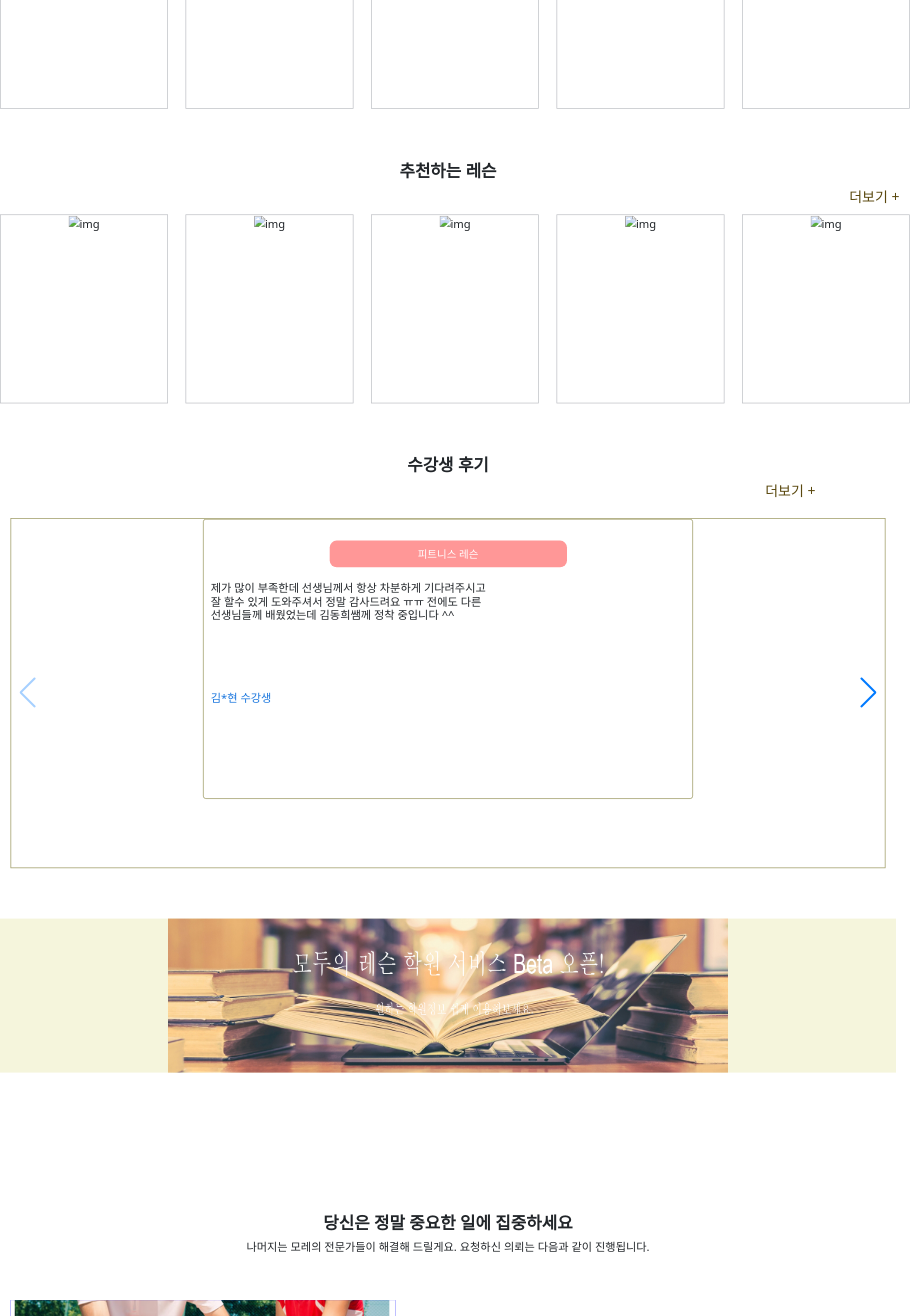
Repository: isssson/MVC2_more
Page: http://localhost/more/WEB-INF/views/index.jsp
An editor plug-in stored every save of this project. The page is shown before and after the next save, followed by the edit.
The browser window is 1280 px wide. The page is 1300 px wide, so the pictures cover 1300 px, including what lies to the right of the window. The pictures show the part of the page from y = 966 to 2846 px (the page is 5301 px tall), at 70% of full size.
Some web libraries are served in a nearby version. The page is served by Tomcat 9. Nobody is signed in. Other server files are loaded and not shown. The template is opened directly, without the code that normally fills it, so the values that code supplies are empty.

Above is the page before, as saved 2021-12-08 16:20:05.

### more/src/main/webapp/WEB-INF/views/index.jsp
<%@ page language="java" contentType="text/html; charset=UTF-8"
    pageEncoding="UTF-8"%>
<%@ taglib uri="http://java.sun.com/jsp/jstl/core" prefix="c" %>
<!DOCTYPE html>
<html>
<head>
<meta charset="UTF-8">
<meta http-equiv="X-UA-Compatible" content="IE=edge">
    <meta name="viewport" content="width=device-width, initial-scale=1.0">
    <link rel="shortcut icon" type="image/x-icon" href="resources/img/more_icon.jpg">
    <link rel="canonical" href="https://getbootstrap.com/docs/5.1/examples/headers/">
    <link rel="stylesheet" href="resources/css/bootstrap.min.css">
    <script src="https://unpkg.com/swiper/swiper-bundle.min.js"></script>
    <link rel="stylesheet" href="https://unpkg.com/swiper/swiper-bundle.min.css"/>
    <link rel="stylesheet" type="text/css" href="resources/css/index.css?after">
    <title>모레</title>
</head>
<body>
<%@ include file="/WEB-INF/views/header.jsp" %>
<!--section-->
    <div class="mainContainer">
      <div class="mainFluid">
        <div class="mainText">
          <h1>나에게 딱 맞는 레슨·과외<br>선생님을 만나보세요</h1>
          <p>1분 요청서 작성 후 선생님들의 제안을 받아보세요</p>
          <br>
          <div id="mainSearchBox">
            <div class="icon"></div>
            <input type="text" name="search" placeholder="서비스를 찾아보세요" class="text">
          </div>
        </div>
        <div class="mainImg">
          <img src="resources/img/index_phone.png" alt="mainImg">
        </div>
      </div>
    </div>
    <div id="category">
        <span><a href="request.do?cate1=외국어">외국어</a></span>
        <span><a href="request.do?cate1=스포츠-댄스">스포츠-댄스</a></span>
        <span><a href="request.do?cate1=음악">음악</a></span>
        <span><a href="request.do?cate1=예술-요리">예술-요리</a></span>
        <span><a href="request.do?cate1=실무교육">실무교육</a></span>
        <span><a href="request.do?cate1=교과목">교과목</a></span>
    </div>
    <br>
    <div class="subjectContainer">
      <h3 style="font-weight: bold">인기있는 레슨</h3>
      <div style="width: 1170px;"><a href="lessonList.do">더보기 +</a></div>
    </div>
     <div class="listContainer">
      <c:forEach var="i" begin="0" end="4">
          <div class="listItem" onclick="location.href='requestWrite.do?cate1=${a_cate[i]}&cate2=${a_name[i]}&pic=${a_pic[i]}'">
                   <div class="img">
                        <img alt="img" src="${a_pic[i]}">
                        <div class="hidden">요청하기</div>
                    </div>
                   <div class="name">${a_name[i]}</div>
            </div>
         </c:forEach>
    </div>
    <br>
    <div class="subjectContainer">
      <h3 style="font-weight: bold">추천하는 레슨</h3>
      <div style="width: 1170px;"><a href="lessonList.do">더보기 +</a></div>
    </div>
     <div class="listContainer">
      <c:forEach var="i" begin="0" end="4">
          <div class="listItem" onclick="location.href='requestWrite.do?cate1=${b_cate[i]}&cate2=${b_name[i]}&pic=${b_pic[i]}'">
                   <div class="img">
                        <img alt="img" src="${b_pic[i]}">
                        <div class="hidden">요청하기</div>
                    </div>
                   <div class="name">${b_name[i]}</div>
            </div>
         </c:forEach>
    </div>
  <br>
  <div class="subjectContainer">
    <h3 style="font-weight: bold">수강생 후기</h3>
    <div><a href="reviewList.do">더보기 +</a></div>
  </div>
  <br>
<!-- Swiper -->
    <div class="swiper mySwiper" id="swiper-play">
      <div class="swiper-wrapper">
        <div class="swiper-slide">
            <div class="req-partner-contents">
              <h3 class="req-service-name">기타 레슨</h3>
                <h6 class="review-detail-text">
                모르는 부분이 있으면 이해가 될때까지설명해주시고 안되는<br>
                부분이 있으면 그 부분을 할 수 있을때까지 친절하게<br>
                기다려주시고 도와주셔서 기타레슨 배우는게 너무 좋아용❤️❤️
                <div style="padding-top: 100px; color: #1976de;">고*한 수강생</div>
                </h6>
            </div>
        </div>
        <div class="swiper-slide">
            <div class="req-partner-contents">
              <h3 class="req-service-name">피트니스 레슨</h3>
                <h6 class="review-detail-text">
               제가 많이 부족한데 선생님께서 항상 차분하게 기다려주시고<br>
               잘 할수 있게 도와주셔서 정말 감사드려요 ㅠㅠ 전에도 다른<br>
               선생님들께 배웠었는데 김동희쌤께 정착 중입니다 ^^
                <div style="padding-top: 100px; color: #1976de;">김*현 수강생</div>
                </h6>
            </div>
        </div>
        <div class="swiper-slide">
            <div class="req-partner-contents">
              <h3 class="req-service-name">영어 레슨</h3>
                <h6 class="review-detail-text">
               과제도 많이 내주시고 공부했냐고 맨날 확인하고 잊을만 하면<br>
               제가 뭘 하고 있는지 체크하시고 진짜 귀찮게 하세요...<br>
               혼자 공부하기 힘든 분들은 꼭 수업들으세요. 맨날 맨날 공부<br>
               하고 있는 자신을 발견하게 될 겂니다...
                <div style="padding-top: 80px; color: #1976de;">김*준 수강생</div>
                </h6>
            </div>
        </div>
        <div class="swiper-slide">
            <div class="req-partner-contents">
              <h3 class="req-service-name">바이올린 레슨</h3>
                <h6 class="review-detail-text">
               일정도 저한테 맞춰주시고 좋은 악기도 직접 골라주셨습니다.<br>
               사근사근 친절하게 잘 가르쳐주세요~
                <div style="padding-top: 120px; color: #1976de;">이*민 수강생</div>
                </h6>
            </div>
        </div>
        <div class="swiper-slide">
            <div class="req-partner-contents">
              <h3 class="req-service-name">중국어 레슨</h3>
                <h6 class="review-detail-text">
               두번이나 포기한 중국어를 다시 시작하게 해주셨어요!<br>
               레벨에 맞게 꼼꼼히 설명해주시고 내용도 알차고<br>
               일정도 항상 잘 지켜주셔서 너무 감사드립니다 ㅎㅎ
                <div style="padding-top: 100px; color: #1976de;">권*윤 수강생</div>
                </h6>
            </div>
        </div>
      </div>
        <div class="swiper-button-next"></div>
        <div class="swiper-button-prev"></div>
    </div>
    <br>
    <br>
    <br>
    <div id="banner">
      <img src="resources/img/index_banner1.jpg" alt="배너">
    </div>
    <div id="introSubject">
      <h3 style="margin-top: 200px;font-weight: bold;">당신은 정말 중요한 일에 집중하세요</h3>
      <p>나머지는 모레의 전문가들이 해결해 드릴게요. 요청하신 의뢰는 다음과 같이 진행됩니다.</p>
    </div>
    <br>
    <br>
<!--manual-->
    <div id="manualContainer">
      <div class="manualItem1">
        <div class="manualImg">
          <img src="resources/img/1.PNG">
        </div>
        <div class="manualText">
          <h3>1단계 : 요청하기</h3>
          <p>
            전문가에게 뭘 어떻게 이야기 해야할지 모르시겠다구요?<br>
            걱정마세요. 모레에서 미리 준비한 쉬운 요청서 폼에<br>
            맞추어 의뢰에 필요한 내용들을 작성해주세요.
          </p>
        </div>
      </div>
      <div class="manualItem2" style="margin-top: 50px; margin-bottom: 50px; background-color:#ff979726;">
        <div class="manualImg">
          <img src="resources/img/2.PNG">
        </div>
        <div class="manualText">
          <h3>2단계 : 제안서 받기</h3>
          <p>
            작성된 요청서는 모레에 등록된 전문가들에게<br>
            전달됩니다. 곧 전문가들의 제안서들이 도착할거에요.<br>
          </p>
        </div>
      </div>
      <div class="manualItem1">
        <div class="manualImg">
          <img src="resources/img/3.PNG">
        </div>
        <div class="manualText">
          <h3>3단계 : 선택하기</h3>
          <p>
            요청에
            적합한 전문가를 선택하세요.
          </p>
        </div>
      </div>
    </div>
    <br>
    <br>
    <br>
<!--     <div id="banner">
      <img src="resources/img/index_banner1.jpg" alt="배너">
    </div> -->

<!--expert-->
    <h3 style="margin: 0px; font-weight: bold;" >모레엔 어떤 전문가들이 있을까요?</h3>
    <p>각 분야에서 전문성을 가진 다양한 전문가들이 여러분들을 기다리고 있습니다.</p>
    <br>
    <div id="expertContainer">
      <div class="expertItem">
        <h3>포토샵, 일러스트<br>쉽게 알려드려요</h3>
        <hr>
        <p>
          저는 다양한 분들과 디자인 작업을 할때 즐거워요. 현재 프리랜서로 다양한 국내외 기업,
          창업자분들과 함께 다양한 디자인 작업을 하고 있습니다. 미국에서는 Esquire Magazine과 Carnegie Hall 등에서 일을 했었구요,
          여러 직업들을 통해 쌓은 경험을 바탕으로 디자이너의 손길이 필요한 곳에 도움을 드리고 싶습니다.
        </p>
        <br>
        <hr>
        <div class="profileBox">
          <div class="profilePic">
          <img src="resources/img/7.png" alt="expertProfile">
          <p class="name">최*경</p>
          </div>
          <div class="spec">
            <ul style="padding-left: 1rem">
              <li>UI/UX 디자인·</li>
              <li>편집디자인·패키지 디자인</li>
              <li>- 뉴욕 프랫대학원</li>
              <li>- 4년차 프리랜서 디자이너</li>
            </ul>
          </div>
        </div>
      </div>
      <div class="expertItem">
        <h3>더 많은 분들을 만날 수<br>있기를 기대하고 있어요</h3>
        <hr>
        <p>
          어렸을 때부터 피아노를 시작해서, 현재는 실용음악과 작곡전공으로 가요와, 피아노를 함께 하고 있습니다.
          그동안 종종 레슨을 해왔는데 앞으로도 반주나 곡을 쓰는데 어려움이 있으신 분들과 함께하고 싶습니다.
          밴드나 교회, 결혼식 이벤트를 위해, 또는 그냥 취미로 피아노/작곡을 배우고 싶으신 분들 모두 환영합니다!
        </p>
        <br>
        <hr>
        <div class="profileBox">
          <div class="profilePic">
          <img src="resources/img/8.png" alt="expertProfile">
          <p class="name">이*정</p>
          </div>
          <div class="spec">
            <ul style="padding-left: 1rem">
              <li>뉴에이지·가요·CCM반주</li>
              <li>- 동덕여대실용음악과</li>
              <li>- 공연경험 다수, 레슨 3년차</li>
            </ul>
          </div>
        </div>
      </div>
      <div class="expertItem">
        <h3>영어 과외는<br>저에게 맡겨주세요</h3>
        <hr>
        <p>
          어렸을 때부터 영어에 친숙한 환경에서 자라왔어요.
          외고를 다녔고 대학에서도 대부분의 강의를 영어로 들어서 한국에서도 영어로 생활을 한 시간이 많았구요.
          짧지 않은 기간 해외에 거주하기도 했습니다.
          이러한 배경을 가지고 현재는 다양한 분야에서 영어가 필요한 경우에 도움을 드리고 있어요.
        </p>
        <br>
        <br>
        <hr>
        <div class="profileBox">
          <div class="profilePic">
          <img src="resources/img/6.png" alt="expertProfile">
          <p class="name">한*이</p>
          </div>
          <div class="spec">
            <ul style="padding-left: 1rem">
              <li>한영·영한번역/영어레슨</li>
              <li>- 대원외고 졸업</li>
              <li>- 고려대 경영 재학</li>
              <li>- 프리랜서 3년차</li>
            </ul>
          </div>
        </div>
      </div>
    </div>
<!--footer-->
<!--javaScript-->
      <script>
           var swiper = new Swiper(".mySwiper", {
             navigation: {
               nextEl: ".swiper-button-next",
               prevEl: ".swiper-button-prev",
             },
           });
           var Swiper = new Swiper('#swiper-play',
            { autoplay: { delay: 2000, }, });

      </script>

<%@ include file="/WEB-INF/views/footer.jsp" %>
</body>
</html>

### more/src/main/webapp/WEB-INF/views/footer.jsp
<%@ page language="java" contentType="text/html; charset=UTF-8"
    pageEncoding="UTF-8"%>
<link href="resources/css/footer.css" rel="stylesheet">
<div class="container-fluid">
  <footer class="py-3 my-4">
    <ul class="nav justify-content-center border-bottom pb-3 mb-3">
      <li class="nav-item"><a href="#" class="nav-link px-2 text-muted">Home</a></li>
      <li class="nav-item"><a href="#" class="nav-link px-2 text-muted">Features</a></li>
      <li class="nav-item"><a href="#" class="nav-link px-2 text-muted">Pricing</a></li>
      <li class="nav-item"><a href="#" class="nav-link px-2 text-muted">FAQs</a></li>
      <li class="nav-item"><a href="#" class="nav-link px-2 text-muted">About</a></li>
    </ul>
    <p class="text-center text-muted">&copy; 2021 Company, Inc</p>
  </footer>
</div>

<div class="b-example-divider"></div>

### more/src/main/webapp/resources/css/index.css
@charset "UTF-8";
body{
    margin:0;
}
h3{
    margin-top: 80px;
    text-align: center;
    font-size: 24px;
}
p{
    text-align: center;
}
a{
    text-decoration:none;
    color:rgb(26, 25, 25);
}
a:hover{
    color:rgb(26, 25, 25);
}
li{
    list-style: none;
}
/* -------------------------header------------------------- */


/* -------------------------main------------------------- */
.mainContainer{
    /* background-color: #f7d25b !important;
    background-image: linear-gradient(
120deg, rgb(255, 196, 0), #f7be23, #d39000fa) !important;
    background-image: -moz- linear-gradient(120deg, #f5f38a, #f7d25b, #f1d118fa) !important;
    background-image: -webkit- linear-gradient(120deg, #f5f38a, #f7d25b, #f1d118fa) !important;
    background-repeat: no-repeat;
    background-position: bottom right; */
    /* background-image: url(sand.jpg);
    object-fit: cover; */
    background-color:#ff9797;
    height: 540px;
    width: 100%;
}
.mainContainer .mainFluid{
    width: 100%;
    height: 540px;
    padding-right: 15px;
    padding-left: 15px;
    margin-right: auto;
    margin-left: auto;
}
.mainText{
    position: relative;
    margin-right: 24px;
    width: 550px;
    height: 80%;
    left:15%;
    top:17%;
    float: left;
}
.mainText h1{
    margin: 24px 16px 8px 0;
    font-size: 42px;
    font-weight: bold;
    font-style: normal;
    font-stretch: normal;
    line-height: normal;
    letter-spacing: normal;
    color: #ffffff;
}
.mainText p{
    margin-bottom: 40px;
    font-size: 20px;
    font-weight: 300;
    text-align: left;
    color: #ffffff;
}
.mainImg{
    position: relative;
    float: right;
    top:8.4%;
    right: 16.5%;
    width: 390px;
    height: 540px;
}
.mainImg img{
    width: 390px;
    height: 540px;
    object-fit: none;
}
#mainSearchBox{
    display: flex;
    box-shadow: 2px 4px rgb(0 0 0 / 10%);
    width: 440px;
    height: 48px;
    background-color: white;
}
#mainSearchBox .icon{
    width: 48px;
    height: 48px;
    background: url(/more/resources/img/more_icon.jpg);
    background-color: #fff;
    border-top-left-radius: 4px;
    border-bottom-left-radius: 4px;
    background-position: center;
}
#mainSearchBox .text{
    padding: 0 16px;
    height: 48px;
    width: 100%;
    border: none;
    font-size: 16px;
    border-top-right-radius: 4px;
    border-bottom-right-radius: 4px;
    border-top-left-radius: 0px;
    border-bottom-left-radius: 0px;
}
/* -------------------------category------------------------- */
#category{
    background-color:white;
    text-align: center;
    margin: 0px auto;
    border-bottom: 1px solid #e2e2e2;
    width: 1240px;
    height: 60px;
    clear: right;
}
#category span{
    display: inline-block;
    width: 120px;
    text-align: center;
    line-height: 58px;
    font-size: 18px;
}
#category span:hover{
    background-color: #f5f38a98;

}
/* -------------------------lessonList------------------------- */
.subjectContainer{
    margin: 0px auto;
    width: 1050px;
}
.subjectContainer div{
    text-align: right;
    font-size: 20px;
}
.subjectContainer a{
    color:rgb(90, 72, 14);
}
.listContainer{
    margin:10px auto;
    text-align: center;
    width: 1300px;
    height:230px;
    display: flex;
    justify-content: space-between;
}
.listContainer .listItem{
    cursor: pointer;
    width: 240px;
    height: 270px;
    border: 1px solid #bdbfc4;
}

.listContainer .listItem .img{
    width:100%;
    height:75%;
    position:relative;
    overflow: hidden;
}
.listContainer .listItem .name{
    width: 100%;
    height: 25%;
    text-align: center;
    line-height: 65px;
    font-size: 20px;
    letter-spacing: 2px;
    color: #786e6e;
    font-weight: bold;
}
.listContainer .listItem .img img{
    width:100%;
    height:100%;
    object-fit: cover;
}
.listContainer .listItem .img .hidden{
    display:none;
}
.listContainer .listItem .img:hover .hidden{
    display:block;
    position: absolute;
    border-radius: 10px;
    left:25%;
    bottom: 35%;
    border:2px solid white;
    padding: 10px;
    font-size:20px;
    color:white;
}
.listContainer .listItem .img:hover img{
    transform: scale(1.1);
    transition: transform 1s;
    filter: brightness(40%);
}

/* -------------------------reviewList------------------------- */
#swiper-play{
    width: 1250px;
    height: 500px;
    border:1px solid rgba(102, 96, 11, 0.671);
}

.req-partner-contents{
    width:700px;
    height:400px;
    margin: 0px auto;
}
.req-partner-contents{
    border:1px solid rgba(102, 96, 11, 0.671);
    border-radius: 4px;
    padding: 10px;
}
.req-service-name{
	width: 50%;
    margin: 20px auto;
    border-radius: 10px;
    color: white;
    background-color: #ff9797;
    font-size: 15px;
    padding: 10px;
    text-align: center;
}

/* -------------------------banner------------------------- */
#banner{
    margin: 0px auto;
    text-align: center;
    height:220px;
    background-color: beige;
}
#banner img{
width: 800px;
height: 220px;
margin: 0px auto;
}

/* -------------------------manual------------------------- */
#manual{
    margin-top: 60px;
    height: 1500px;
}
#manualContainer .manualItem1, .manualItem2{
    height: 500px;
    padding-right: 15px;
    padding-left: 15px;
    margin:0px auto;
    display: flex;
    justify-content: center;
}
#manualContainer .manualItem2{
    background-color: beige;
}
.manualImg{
    float: left;
    right: 16.5%;
    width: 550px;
    height: 500px;
    background-color: blue;
}
.manualImg img{
    position: relative;
    width: 550px;
    height: 500px;
    object-fit: cover;
}
.manualText{
    position: relative;
    margin-right: 24px;
    width: 700px;
    height: 300px;
    top:15%;
    float: right;

}
.manualText h3{
    color: rgb(90, 72, 14);
    font-weight: 800;
    font-size: 24px;
    margin-bottom: 25px;
    text-align: left;
    margin-left: 20%;
}

.manualText p{
    color: #4d4d4d;
    line-height: 1.6;
    text-align: left;
    margin-left:20%;
}
/* -------------------------expert------------------------- */
#expertContainer{
    width:1300px;
    height:520px;
    margin: 0px auto;
    display: flex;
    justify-content: space-between;
}
#expertContainer .expertItem{
    vertical-align: top;
    width: 400px;
    height: 520px;
    background-color: #fff;
    border: 1px solid #3f3d2f77;
    margin: 0px 7px 50px 7px;
    padding: 0 30px;
}
.expertItem h3{
    margin-top:50px;
}
.profileBox{
    width:300px;
    height:100px;
    margin:20px auto;
}
.profileBox .profilePic{
    width:100px;
    height:100px;
}
.profilePic img{
    width:70px;
    height:70px;
    position: relative;
    left:20%;
    border-radius: 100%;
    object-fit: cover;
}
.profilePic .name{
    font-size: 18px;
    position: relative;
    top:5%;
    left:5px;
}
.profileBox .spec{
    width:200px;
    height:100px;
    position: relative;
    bottom: 90%;
    left:35%;
}

### more/src/main/webapp/resources/css/header.css
@charset "UTF-8";
a{
    text-decoration:none;
    color:rgb(26, 25, 25);
}
a:hover{
    color:rgb(26, 25, 25);
}
svg{
    color: #7e7878;
}
svg:hover{
    color: #424040;
    cursor: pointer;
}
#headerContainer{
    width:100%;
    height:70px;
    margin: 0 auto;
    display: flex;
    flex-direction: row;
    border-bottom:1px solid #dee2e6;
}
#headerContainer img{
    width: 200px;
    height: 65px;
    object-fit: cover;
}
#headerContainer #menubar{
    width:100%;
    height: 70px;
    display: flex;
    flex-direction: row;
    justify-content: space-between;
}
#headerContainer #menubar div a{
    font-size: 18px;
    color: #7e7878;
}
#headerContainer #menubar a:hover{
    color: #424040;
    font-weight: bold;
}
#menubar #leftMenu{
    display: flex;
}
#menubar #rightMenu{
    display: flex;
    margin-right: 30px;
}
#menubar #leftMenu div, #menubar #rightMenu div{
    font-size: 18px;
    line-height: 70px;
    margin-left: 25px;
}
#hiddenHeaderContainer{
    position: absolute;
    display: none;
    z-index: 1;
    width:100%;
    height:70px;
    left:50%;
    border-top:1px solid rgb(187, 183, 183);
    border-bottom:1px solid rgb(187, 183, 183);
    transform: translate(-50%);
    background-color: white;
}
#hiddenHeaderContainer .hiddenItem{

    width:100%;
    height:70px;
    margin-left: 170px;
    display: flex;
}
#hiddenHeaderContainer .hiddenItem .Item a{
    font-size: 18px;
    line-height: 70px;
    margin-left: 50px;
    color: #7e7878;
}
#hiddenHeaderContainer .hiddenItem .Item a:hover{
    color: #424040;
    font-weight: bold;
}

### more/src/main/webapp/resources/css/footer.css
@charset "UTF-8";
li {
	border-top: none;
}

Loaded but not shown: more/src/main/webapp/resources/css/bootstrap.min.css (library); more/src/main/webapp/WEB-INF/views/header.jsp (106 lines, source omitted)

After the next save:
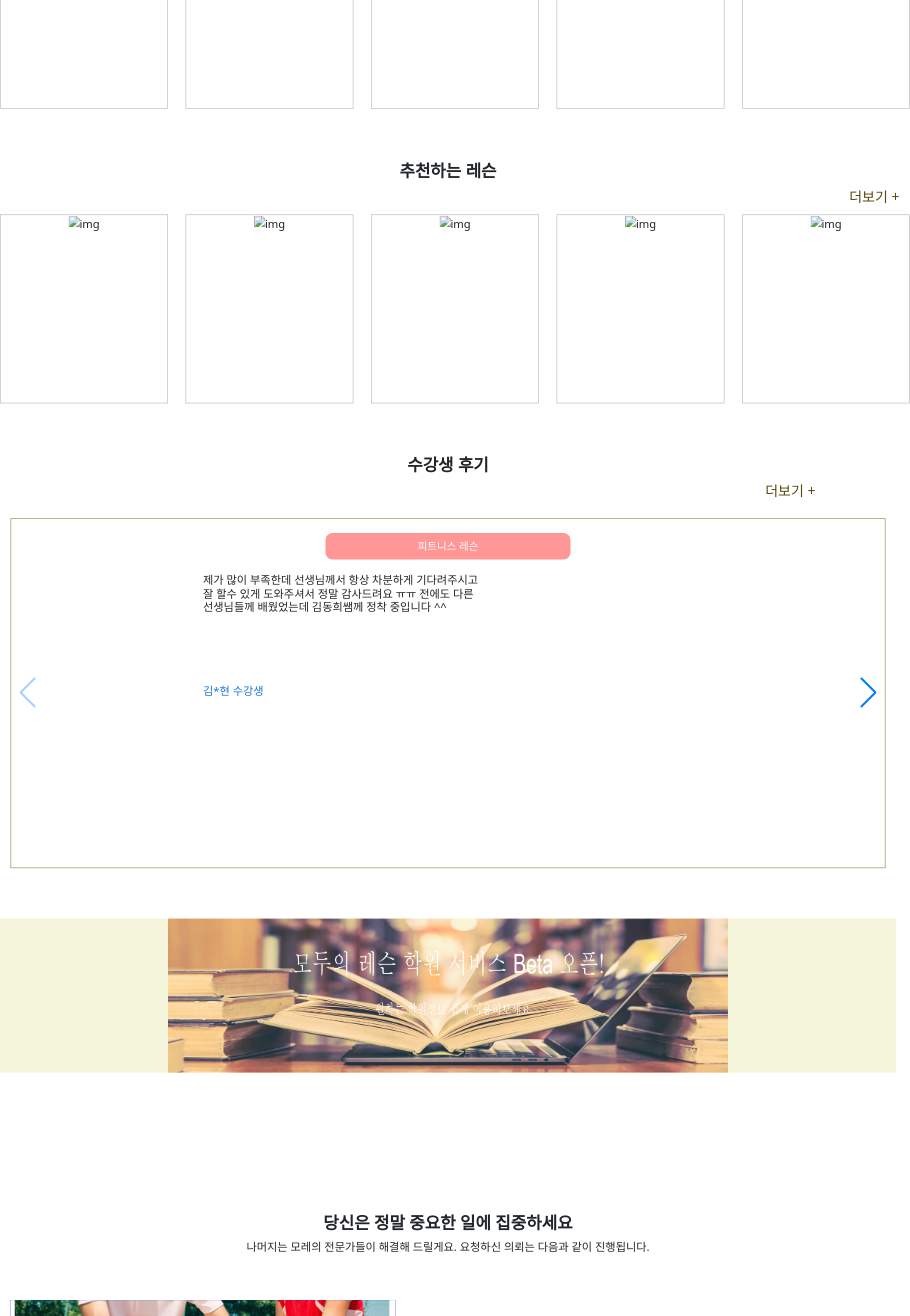
Saved 48 min 0 s later.
--- a/more/src/main/webapp/resources/css/index.css
+++ b/more/src/main/webapp/resources/css/index.css
@@ -213,11 +213,6 @@ li{
     height:400px;
     margin: 0px auto;
 }
-.req-partner-contents{
-    border:1px solid rgba(102, 96, 11, 0.671);
-    border-radius: 4px;
-    padding: 10px;
-}
 .req-service-name{
 	width: 50%;
     margin: 20px auto;
